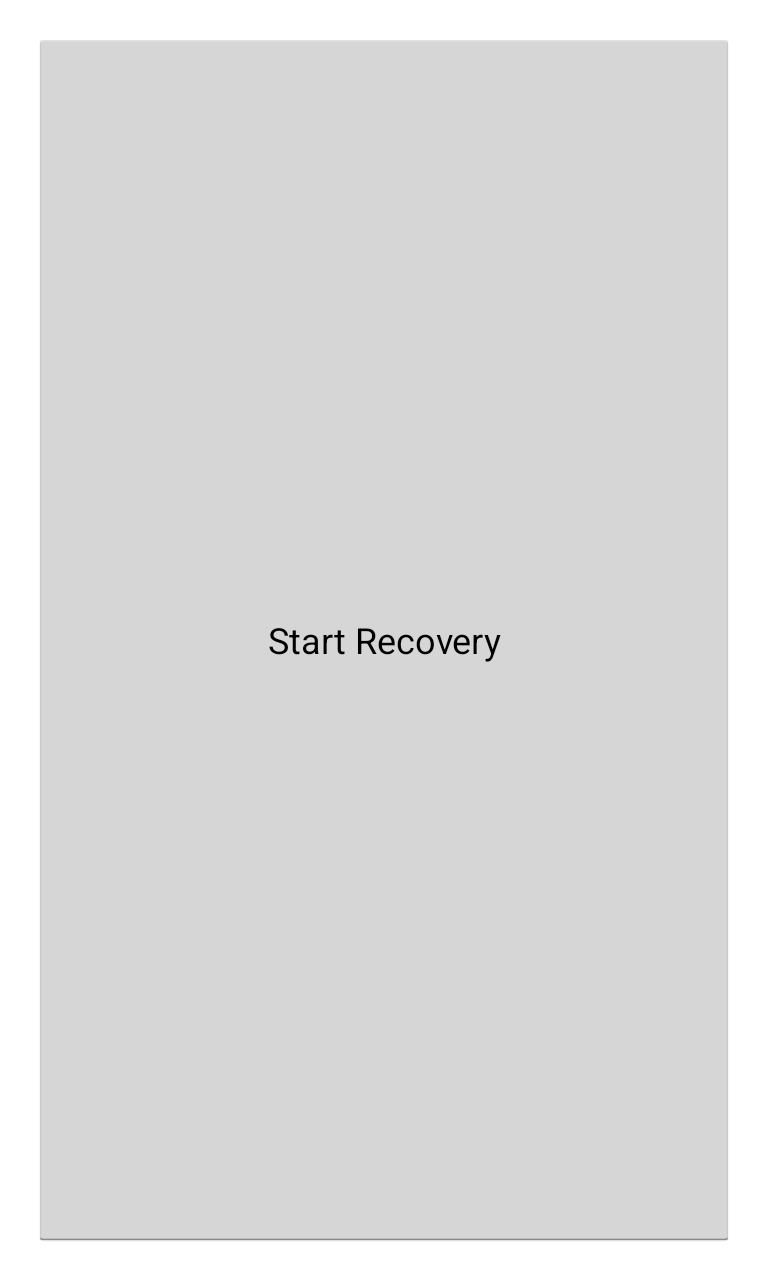
Repository: zzttt/LVM_BackupSol
Layout: TimeTraveler/res/layout/activity_recv.xml
An editor plug-in stored every save of this project. The layout is shown before and after the next save, followed by the edit.
It is drawn on a 768 x 1280 px phone screen (xhdpi) without system bars, with theme AppTheme; the app's code is not run. Lists and similar views that code fills are empty.

Above is the layout before, as saved 2014-07-20 06:55:58.

After the next save:
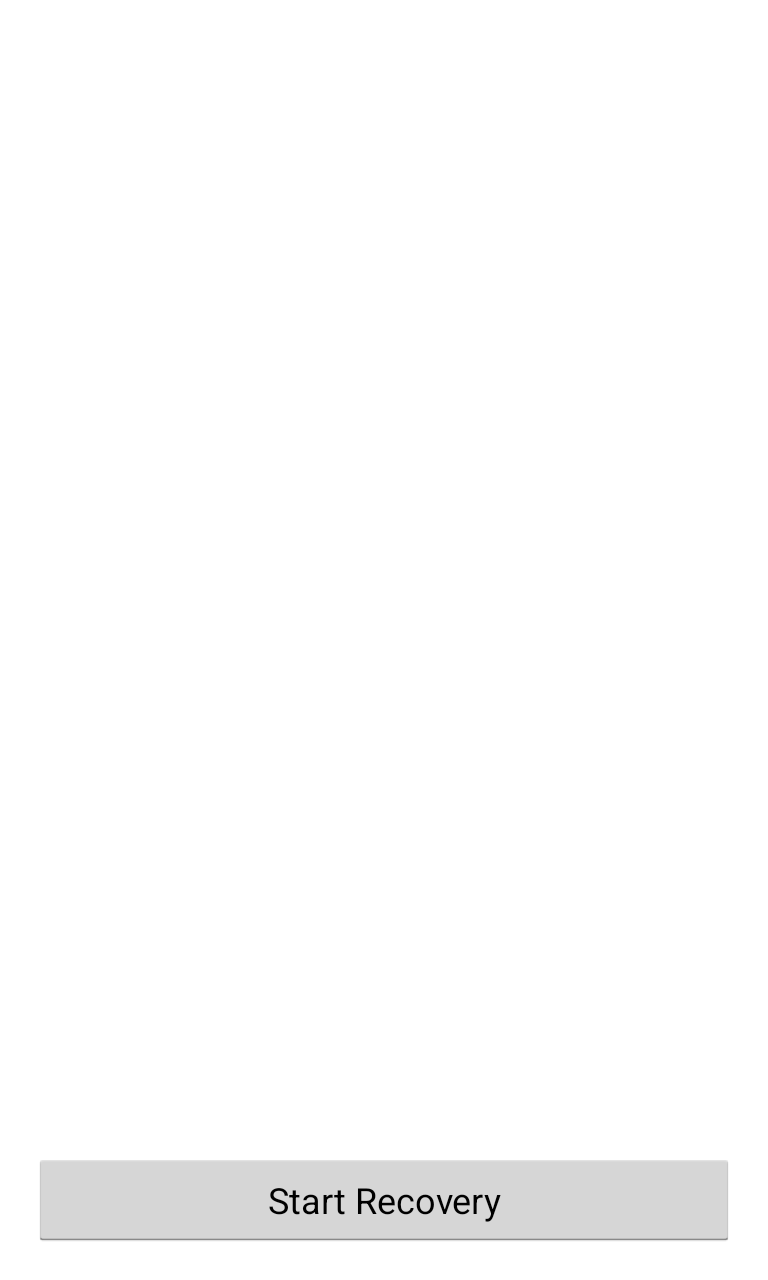
Saved 25 s later.
--- a/TimeTraveler/res/layout/activity_recv.xml
+++ b/TimeTraveler/res/layout/activity_recv.xml
@@ -35,7 +35,6 @@
         android:layout_width="match_parent"
         android:layout_height="wrap_content"
         android:text="Start Recovery"
-        android:layout_below="@id/lv_layout"
         android:layout_alignParentBottom="true"
         />
 
